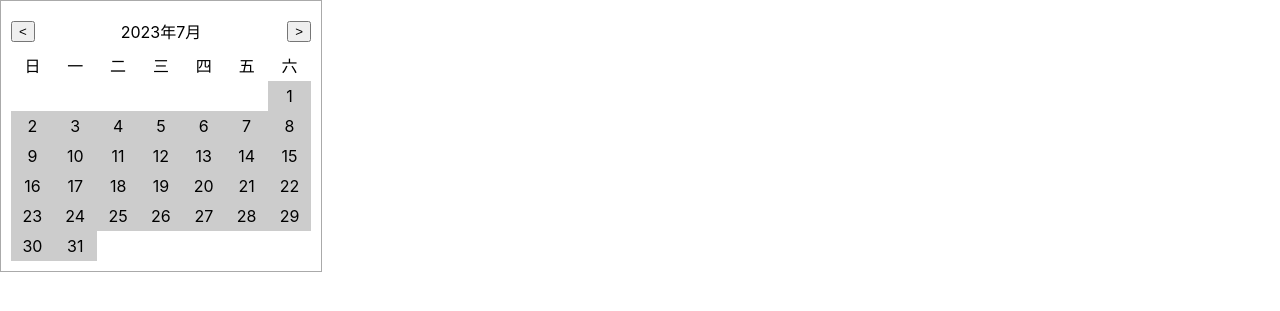
Repository: yychuiyan/calendar
Page: /
These files come from the project's save history. The page is drawn as it stood at one moment and after the next save; the edit follows.
The browser window is 1280 px wide. The pictures show the whole page.
The project was rebuilt for these pictures with package versions that can differ from the ones it lists, and the page was loaded fresh each time.

Above is the page before, as saved 2023-07-20 13:56:01.

### src/App.tsx
import React from 'react'
import Calendar from './component/Calendar'
const App = () => {
  return (
    <div>
      <Calendar value={new Date()} onChange={(date: Date) => {
        // alert(date.toLocaleDateString())
      }}></Calendar>
    </div>
  )
}

export default App

### src/component/Calendar.tsx
import React, { useState } from 'react'
import './index.css'
import { monthDate } from '../utils/month'
interface CalendarProps {
  value?: Date,
  onChange?: (date: Date) => void
}
const Calendar: React.FC<CalendarProps> = (props) => {
  const { value = new Date(), onChange } = props
  // 保存当前日期
  const [date, setDate] = useState(value)
  // 点击左侧按钮
  const handlePrevMonth = () => {
    setDate(new Date(date.getFullYear(), date.getMonth() - 1, 1))
  };
  // 点击右侧按钮
  const handleNextMonth = () => {
    setDate(new Date(date.getFullYear(), date.getMonth() + 1, 1))
  }
  // 计算当前月有多少天
  const daysOfMonth = (year: number, month: number) => {
    // 当date传入0的时候默认取上个月的最后一天，-1则为上个月倒数第二天，以此类推
    return new Date(year, month + 1, 0).getDate()
  }
  // 计算当前月的第一天是星期几
  const firstDayOfMonth = (year: number, month: number) => {
    return new Date(year, month, 1).getDay();
  }
  // 定义一个函数存储渲染的内容
  const renderDates = () => {
    // 定义一个数组存储恩日哦功能
    const days = []
    // 计算当前月有多少天
    const daysCount = daysOfMonth(date.getFullYear(), date.getMonth())
    // 计算当前月的第一天是星期几
    const firstDay = firstDayOfMonth(date.getFullYear(), date.getMonth())
    // 已经知道从哪里开始渲染，渲染多少天后，进行循环遍历到初始天数在星期几
    for (let i = 0; i < firstDay; i++) {
      days.push(<div key={`empty-${i}`} className="empty"></div>);
    }
    // 渲染日期
    for (let i = 1; i <= daysCount; i++) {
      const clickHandler = onChange?.bind(null, new Date(date.getFullYear(), date.getMonth(), i))
      // 添加选中样式
      if (i === date.getDate()) {
        days.push(<div key={i} className='day selected' onClick={clickHandler}>{i}</div>)
      } else {
        days.push(<div key={i} className='day selected' onClick={clickHandler}>{i}</div>)
      }
    }
    return days;
  }
  return (
    <div className="calendar">
      <div className="header">
        <button onClick={handlePrevMonth}>&lt;</button>
        <div>{date.getFullYear()}年{monthDate[date.getMonth()]}</div>
        <button onClick={handleNextMonth}>&gt;</button>
      </div>
      <div className="days">
        <div className="day">日</div>
        <div className="day">一</div>
        <div className="day">二</div>
        <div className="day">三</div>
        <div className="day">四</div>
        <div className="day">五</div>
        <div className="day">六</div>
        {renderDates()}
      </div>
    </div>
  )
}

export default Calendar

### src/component/index.css
.calendar {
  border: 1px solid #aaa;
  padding: 10px;
  width: 300px;
  height: 250px;
}

.header {
  display: flex;
  justify-content: space-between;
  align-items: center;
  height: 40px;
}

.days {
  display: flex;
  flex-wrap: wrap;
}

.empty, .day {
  width: calc(100% / 7);
  text-align: center;
  line-height: 30px;
}

.day:hover,.selected {
  background-color: #ccc;
  cursor: pointer;
}

### src/utils/month.js
export const monthDate = [
  '1月',
  '2月',
  '3月',
  '4月',
  '5月',
  '6月',
  '7月',
  '8月',
  '9月',
  '10月',
  '11月',
  '12月',
]

Loaded but not shown: public/index.html (common file); src/index.tsx (common file); src/index.css (common file); src/reportWebVitals.ts (common file)

After the next save:
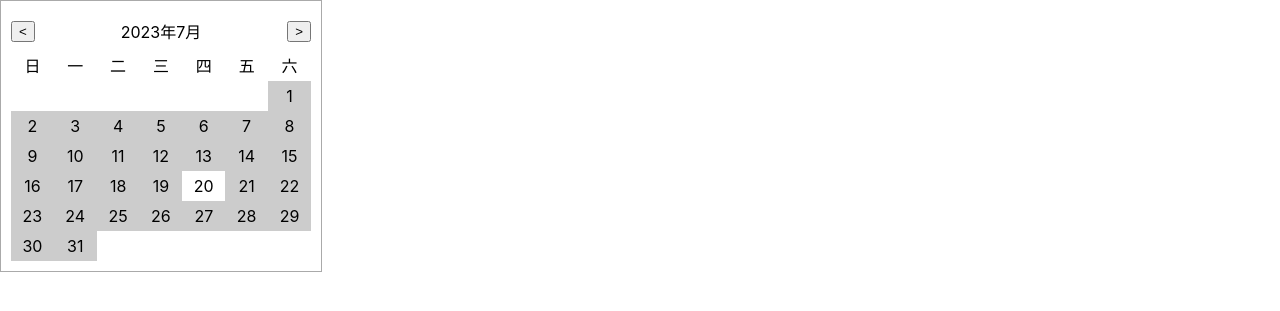
Saved 4 s later.
--- a/src/component/Calendar.tsx
+++ b/src/component/Calendar.tsx
@@ -43,7 +43,7 @@ const Calendar: React.FC<CalendarProps> = (props) => {
       const clickHandler = onChange?.bind(null, new Date(date.getFullYear(), date.getMonth(), i))
       // 添加选中样式
       if (i === date.getDate()) {
-        days.push(<div key={i} className='day selected' onClick={clickHandler}>{i}</div>)
+        days.push(<div key={i} className='day ' onClick={clickHandler}>{i}</div>)
       } else {
         days.push(<div key={i} className='day selected' onClick={clickHandler}>{i}</div>)
       }
